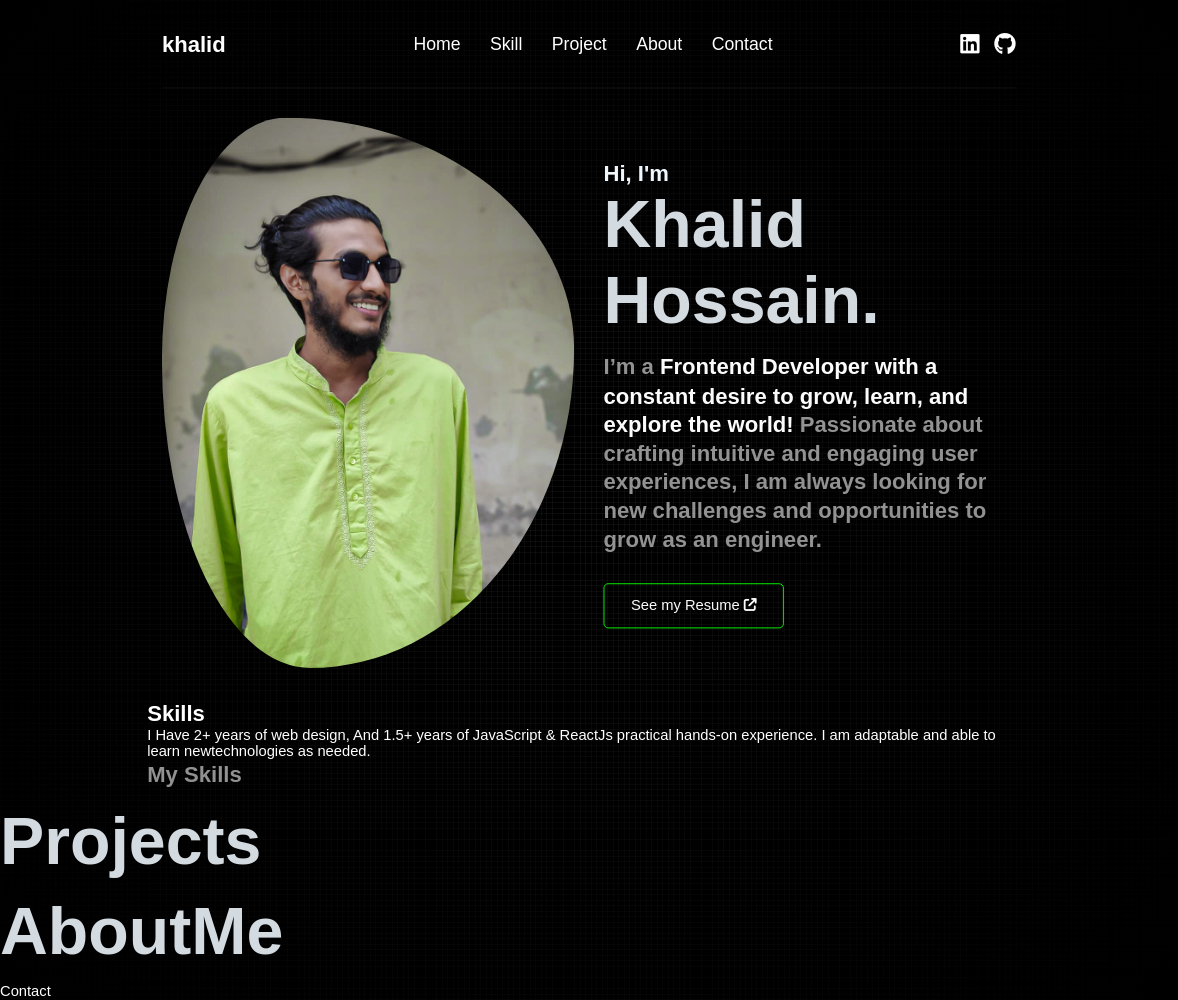
Repository: badhon252/my-portfolio
Page: /
These files come from the project's save history. The page is drawn as it stood at one moment and after the next save; the edit follows.
The browser window is 1280 px wide. The pictures show the whole page, at 92% of full size.
The project was rebuilt for these pictures with package versions that can differ from the ones it lists, and the page was loaded fresh each time. Also part of the build but not shown: src/Components/Home/Header/Navbar/Navs/LinkedIn/LinkedIn.module.css, src/Components/Home/Header/Navbar/Navs/GitHub/Github.module.css.

Above is the page before, as saved 2023-01-16 14:10:58.

After the next save:
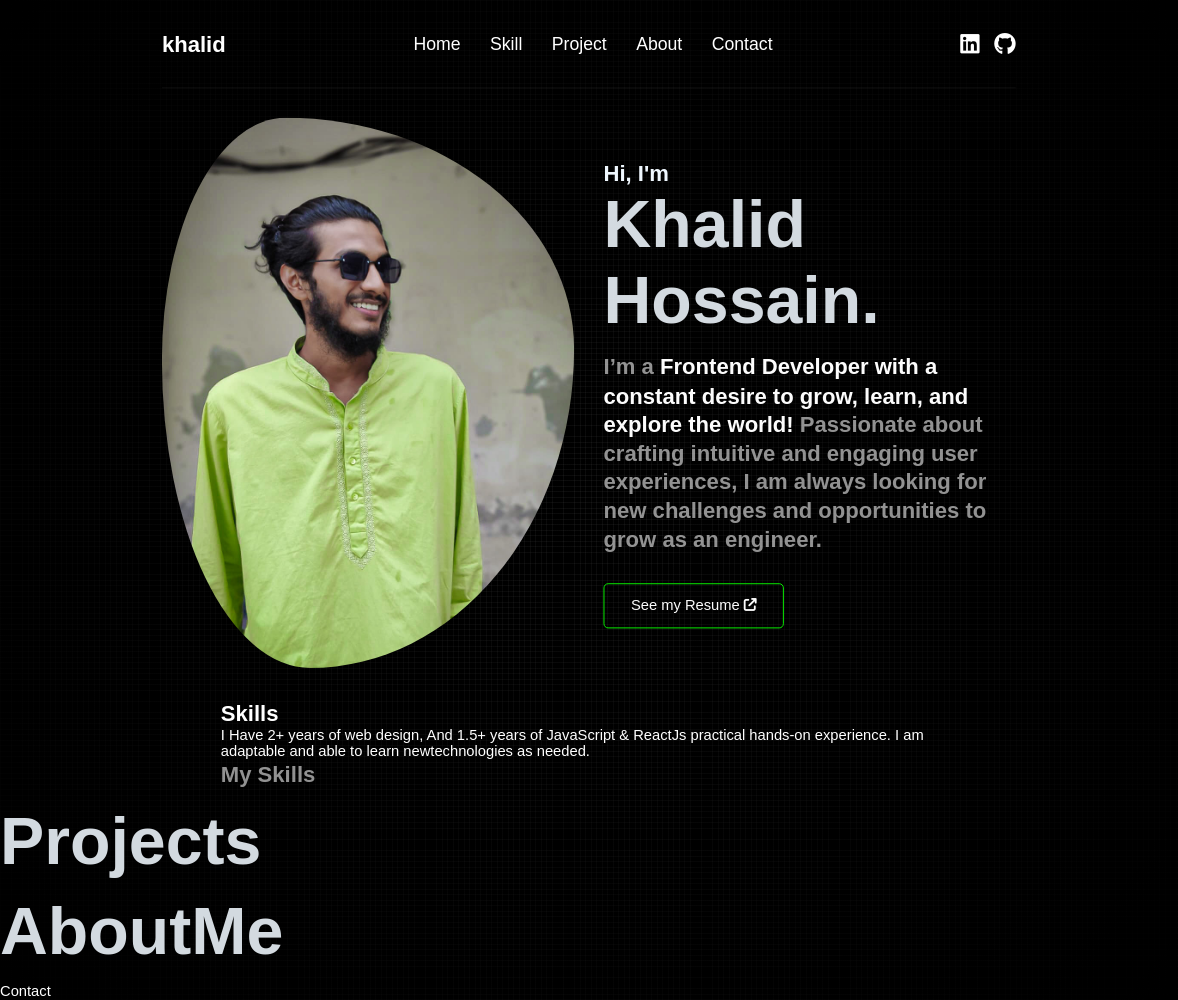
Saved 9 s later.
--- a/src/index.css
+++ b/src/index.css
@@ -16,5 +16,5 @@ body {
 }
 
 .container {
-    margin: 1rem 10rem;
+    margin: 1rem 15rem;
 }
